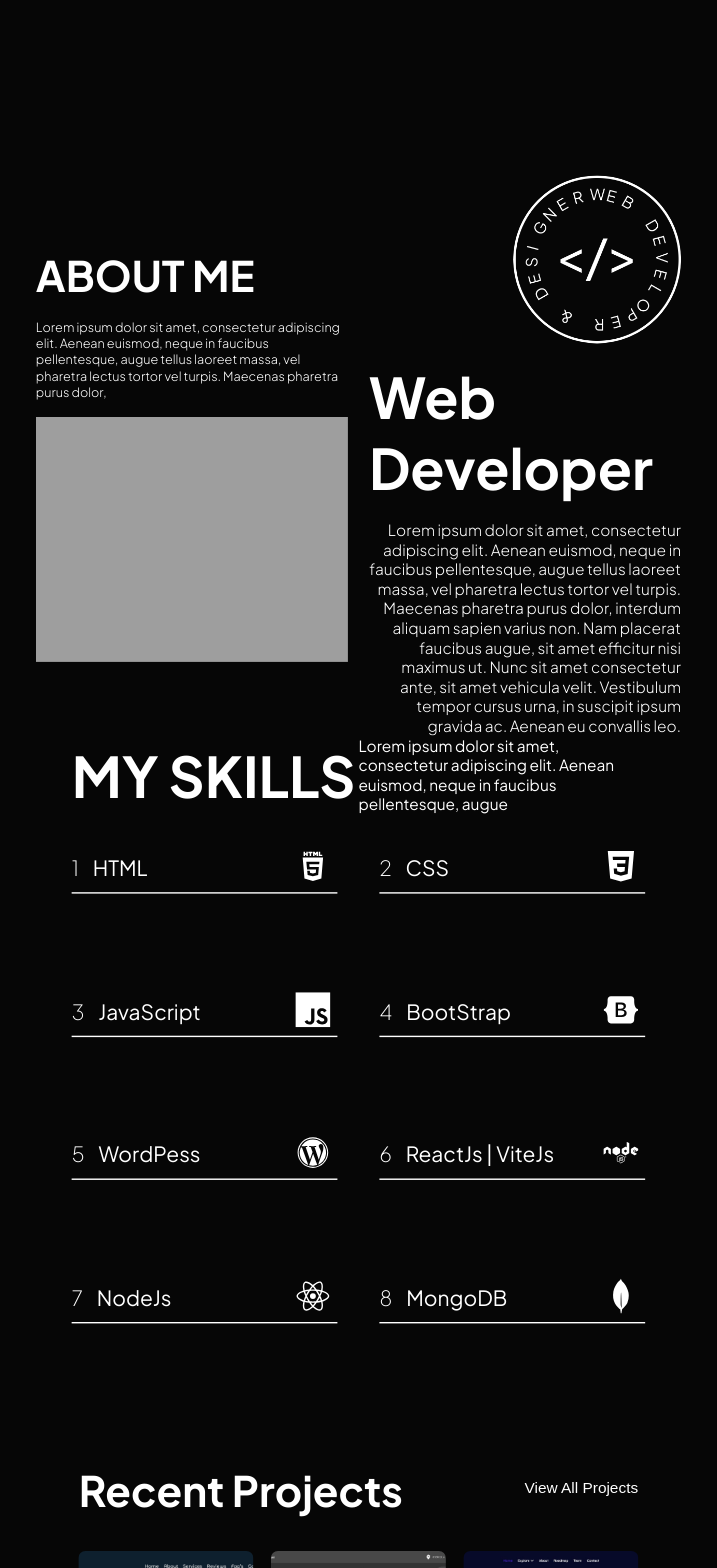
Repository: AliHassan02-Dev/PORTFOLIO
Page: / (app in Front-end/)
These files come from the project's save history. The page is drawn as it stood at one moment and after the next save; the edit follows.
The browser window is 1024 px wide. The pictures show the part of the page from y = 842 to 3082 px (the page is 3818 px tall before and 3788 px after), at 70% of full size.
Pictures or frames that could not be fetched are drawn as grey boxes. The project was rebuilt for these pictures with package versions that can differ from the ones it lists, and the page was loaded fresh each time. Also part of the build but not shown: Front-end/vite.config.js, Front-end/src/Pages/Projects.jsx, Front-end/src/Pages/AllProjects.jsx, Front-end/src/Components/ProjectPreview.jsx.

Above is the page before, as saved 2024-08-24 07:24:21.

### Front-end/src/main.jsx
import React from 'react'
import ReactDOM from 'react-dom/client'
import App from './App.jsx'
import './App.css'
import { BrowserRouter, Route, Routes } from 'react-router-dom'
import AllProjects from './Pages/AllProjects.jsx'
import ProjectPreview from './Components/ProjectPreview.jsx'

ReactDOM.createRoot(document.getElementById('root')).render(
  <>
    <BrowserRouter>
      <Routes>
        <Route path='/' element={<App />} />
        <Route path='/Projects' element={<AllProjects />} />
        <Route path='/projects/projectPreview' element={<ProjectPreview />} />
      </Routes>
    </BrowserRouter>
  </>
)

### Front-end/src/App.css
@import url("https://fonts.googleapis.com/css2?family=Plus+Jakarta+Sans:ital,wght@0,200..800;1,200..800&display=swap");
* {
  margin: 0;
  padding: 0;
  box-sizing: border-box;
}

body {
  width: 100%;
  height: 100%;
  background-color: #060606;
  color: white;
  font-family: "Plus Jakarta Sans", sans-serif;
}

.mainWrapper {
  width: 100%;
  height: 100%;
  position: relative;
  overflow: hidden;
}

/* HOME CONTAINER CSS */
.homeContainer {
  width: 100vw;
  height: 1000px;
  display: flex;
  flex-direction: column;
}

/* NAVBAR CSS */
/* MENU CSS */
.menu {
  width: 100%;
  height: 1000px;
  position: fixed;
  background-color: #060606;
  transform: translateY(-100%);
  z-index: 20;
  display: flex;
  justify-content: center;
  align-items: center;
  opacity: 0;
}

.menu .links {
  width: 100%;
  display: flex;
  justify-content: center;
  align-items: center;
  flex-direction: column;
  height: 100%;
  gap: 40px;
}

.menu .links a {
  color: white;
  font-size: 40px;
  font-weight: 400;
  text-decoration: none;
  position: relative;
  padding-bottom: 10px;
}
.menu .links a::before {
  content: "";
  position: absolute;
  width: 0%;
  height: 2px;
  background-color: white;
  bottom: 0;
  left: 50%;
  transform: translateX(-50%);
  transition: all 0.3s ease-out;
}
.menu .links a:hover::before {
  width: 100%;
}

.navBar {
  margin: 30px auto;
  width: 80%;
  display: flex;
  justify-content: space-between;
  align-items: center;
  padding: 0px 20px;
  position: relative;
  /* left: 50%;
  transform: translateX(-50%); */
  z-index: 25;
}

.navBar a {
  text-decoration: none;
  font-size: 25px;
  font-weight: 600;
  color: white;
}

.navBar .menuBtn,
.navBar .menuBtn-active {
  width: 30px;
  height: 30px;
  display: flex;
  justify-content: center;
  align-items: flex-end;
  flex-direction: column;
  overflow: hidden;
  cursor: pointer;
  transition: all 0.3s ease-in-out;
  opacity: 1 !important;
}
.navBar .menuBtn span,
.navBar .menuBtn-active span {
  width: 100%;
  height: 3px;
  background-color: white;
  border-radius: 20px;
  cursor: pointer;
  transition: all 0.3s ease-in-out;
  opacity: 1 !important;
}
.navBar .menuBtn #line1 {
  transform: translateY(-8px);
}
.navBar .menuBtn #line2 {
  width: 70%;
}
.navBar .menuBtn #line3 {
  width: 40%;
  transform: translateY(8px);
}
/* ACTIVE CLASSES */
.navBar .menuBtn-active {
  width: 30px;
  height: 30px;
  transition: all 0.3s ease-in-out;
}

.navBar .menuBtn-active #line1 {
  transform: translateY(5px) rotate(45deg) !important;
}
.navBar .menuBtn-active #line2 {
  width: 70%;
  transform: translateX(150%) !important;
}
.navBar .menuBtn-active #line3 {
  width: 100%;
  transform: translateY(-1px) rotate(-45deg) !important;
}

/* HERO SECTION CSS */
.homeContainer .heroContainer {
  width: 100%;
  height: 100%;
  display: flex;
  flex-direction: column;
  justify-content: center;
  align-items: center;
  position: relative;
}

.homeContainer .heroContainer h2 {
  font-size: 180px;
  font-weight: bold;
  position: absolute;
  text-wrap: nowrap;
}
.homeContainer .heroContainer .nonStroke {
  z-index: 5;
}
.homeContainer .heroContainer .strokeText1,
.homeContainer .heroContainer .strokeText2 {
  -webkit-text-stroke: 2px #fff;
  -webkit-text-fill-color: #060606;
  opacity: 0;
}
.homeContainer .heroContainer .strokeText1 {
  transform: translateY(0%);
}
.homeContainer .heroContainer .strokeText2 {
  transform: translateY(0%);
}

/* HERO SECTION RESPONSIVE CSS */

@media (max-width: 1200px) {
  .homeContainer .heroContainer h2 {
    font-size: 110px;
  }
}

@media (max-width: 967px) {
  .homeContainer .heroContainer h2 {
    font-size: 80px;
  }
}

@media (max-width: 767px) {
  .homeContainer .heroContainer h2 {
    font-size: 70px;
  }
}

@media (max-width: 567px) {
  .homeContainer .heroContainer h2 {
    font-size: 50px;
  }
}

/* HERO SECTION END */

/* ABOUT SECTION CSS */
.mainWrapper .aboutContainer {
  width: 80%;
  height: 1000px;
  display: flex;
  justify-content: center;
  align-items: center;
  margin: auto;
  gap: 30px;
}

.mainWrapper .aboutContainer .left,
.mainWrapper .aboutContainer .right {
  flex: 1;
  display: flex;
  flex-direction: column;
  gap: 25px;
  overflow: hidden;
}

.mainWrapper .aboutContainer .left h2 {
  color: white;
  font-size: 80px;
  font-weight: bold;
}

.mainWrapper .aboutContainer .left p {
  color: white;
  font-size: 22px;
  font-weight: 300;
}

.mainWrapper .aboutContainer .left .imageBox {
  width: 100%;
  height: 350px;
  background-image: url(./assets/2.jpg);
  background-position: center;
  background-repeat: no-repeat;
  background-size: cover;
  transform-origin: top;
}

.mainWrapper .aboutContainer .right {
  align-items: flex-end;
}

.mainWrapper .aboutContainer .right .circleImg {
  width: 300px;
  height: 300px;
  border-radius: 100%;
  background-image: url(./assets/circleText.png);
  background-position: center;
  background-repeat: no-repeat;
  background-size: cover;
}

.mainWrapper .aboutContainer .right h2 {
  color: white;
  font-size: 80px;
  font-weight: bold;
}

.mainWrapper .aboutContainer .right p {
  color: white;
  font-size: 22px;
  font-weight: 300;
  text-align: right;
}

/* ABOUT SECTION RESPONSIVE */

@media (max-width: 1200px) {
  .mainWrapper .aboutContainer {
    width: 90%;
    height: auto;
  }

  .mainWrapper .aboutContainer .left h2 {
    font-size: 60px;
  }

  .mainWrapper .aboutContainer .left p {
    font-size: 18px;
  }

  .mainWrapper .aboutContainer .left .imageBox {
    width: 100%;
    height: 350px;
    background-image: url(./assets/2.jpg);
    background-position: center;
    background-repeat: no-repeat;
    background-size: cover;
    transform-origin: top;
  }

  .mainWrapper .aboutContainer .right .circleImg {
    width: 240px;
    height: 240px;
    border-radius: 100%;
    background-image: url(./assets/circleText.png);
    background-position: center;
    background-repeat: no-repeat;
    background-size: cover;
  }

  .mainWrapper .aboutContainer .right h2 {
    color: white;
    font-size: 80px;
    font-weight: bold;
  }

  .mainWrapper .aboutContainer .right p {
    color: white;
    font-size: 22px;
    font-weight: 300;
    text-align: right;
  }
}

/* ABOUT SECTION CSS END */

/* SKILLS SECTION CSS */
.mainWrapper .skillsContainer {
  width: 80%;
  height: 1000px;
  display: flex;
  justify-content: center;
  flex-direction: column;
  margin: auto;
  gap: 30px;
  overflow: hidden;
}

.mainWrapper .skillsContainer .top {
  width: 100%;
  display: flex;
  justify-content: space-between;
  align-items: center;
}

.mainWrapper .skillsContainer .top .left,
.mainWrapper .skillsContainer .top .right {
  flex: 1;
}

.mainWrapper .skillsContainer .top .left h2 {
  font-size: 80px;
  font-weight: bold;
  color: white;
}
.mainWrapper .skillsContainer .top .right p {
  font-size: 22px;
}

.mainWrapper .skillsContainer .bottom {
  width: 100%;
  display: flex;
  justify-content: space-between;
  align-items: flex-start;
  margin: 20px 0px;
}

.mainWrapper .skillsContainer .bottom {
  width: 100%;
  height: 100%;
  display: grid;
  grid-template-columns: 1fr 1fr;
  grid-template-rows: auto auto auto auto;
  gap: 0px 60px;
}
.mainWrapper .skillsContainer .bottom .skillBar {
  width: 100%;
  display: flex;
  justify-content: space-between;
  align-items: center;
  padding-bottom: 10px;
  position: relative;
  cursor: pointer;
}
.mainWrapper .skillsContainer .bottom .skillBar .left {
  display: flex;
  align-items: center;
  gap: 20px;
}

.mainWrapper .skillsContainer .bottom .skillBar .left p {
  color: white;
  font-size: 30px;
  font-weight: 200;
}
.mainWrapper .skillsContainer .bottom .skillBar .left h2 {
  color: white;
  font-size: 30px;
  font-weight: 400;
}

.mainWrapper .skillsContainer .bottom .skillBar .right .skillLogo {
  font-size: 50px;
  color: white;
  margin-right: 10px;
}

/* PROJECTS SECTION CSS */
.mainWrapper .projectContainer {
  width: 80%;
  height: 1000px;
  display: flex;
  justify-content: center;
  flex-direction: column;
  margin: auto;
  gap: 30px;
}

.mainWrapper .projectContainer .top {
  width: 100%;
  display: flex;
  justify-content: space-between;
  align-items: center;
}

.mainWrapper .projectContainer .top .left,
.mainWrapper .projectContainer .top .right {
  flex: 1;
}

.mainWrapper .projectContainer .top .left h2 {
  font-size: 80px;
  font-weight: bold;
  color: white;
}
.mainWrapper .projectContainer .top .right p {
  font-size: 22px;
}

.mainWrapper .projectContainer .bottom {
  width: 100%;
  display: flex;
  margin-top: 50px;
}

.mainWrapper .projectContainer .bottom {
  display: flex;
  flex-direction: column;
  overflow: hidden;
  gap: 100px;
}

.mainWrapper .projectContainer .bottom .projectBar {
  display: flex;
  justify-content: space-between;
  align-items: center;
  padding-bottom: 5px;
  position: relative;
  cursor: pointer;
  cursor: pointer;
}
.line {
  width: 100%;
  height: 2px;
  background-color: white;
  position: absolute;
  bottom: 0;
  left: 0;
}
.projectLine {
  width: 100%;
  height: 2px;
  background-color: white;
  position: absolute;
  bottom: 0;
  left: 0;
}
.mainWrapper .projectContainer .bottom .projectBar .left {
  display: flex;
  align-items: center;
  gap: 20px;
}

.mainWrapper .projectContainer .bottom .projectBar .left p {
  color: white;
  font-size: 30px;
  font-weight: 200;
}
.mainWrapper .projectContainer .bottom .projectBar .left h2 {
  color: white;
  font-size: 30px;
  font-weight: 400;
}

.mainWrapper .projectContainer .bottom .projectBar .right .arrow {
  font-size: 30px;
  color: white;
  margin-right: 10px;
  transform: rotate(-40deg);
}

/* HORIZONTAL SCROLING CSS */

.aboutSection,
.skillsSection,
.projectSection {
  width: 100vw;
  height: 1000px;
}

.aboutSection {
  background-color: burlywood;
}

.skillsSection {
  background-color: peru;
}

.projectSection {
  background-color: palegoldenrod;
}

.horizontalScrolling {
  display: flex;
  flex-wrap: nowrap;
}

/* .containers {
  position: absolute;
  top: 0 !important;
  left: 50% !important;
  transform: translateX(100%) !important;
} */

/* RIBBONS SECTION CSS */
.mainWrapper .ribbonContainer {
  width: 100%;
  display: flex;
  align-items: center;
  margin: 50px 0px;
}

.mainWrapper .ribbonContainer p {
  color: white;
  font-size: 80px;
  font-weight: bold;
  text-wrap: nowrap;
}
.mainWrapper .ribbonContainer span {
  -webkit-text-stroke: 1px #fff;
  -webkit-text-fill-color: #060606;
}

/* FOOTER SECTION CSS */
.footer {
  width: 100%;
  display: flex;
  justify-content: space-between;
  align-items: center;
  width: 80%;
  margin: 40px auto;
}

.footer .left {
  display: flex;
  flex-direction: column;
  gap: 20px;
}

.footer .left .socialLinks {
  display: flex;
  align-items: center;
  gap: 20px;
}
.footer .left .socialLinks a {
  font-size: 20px;
  font-weight: 400;
  color: white;
  text-decoration: none;
}
.footer .left p {
  color: white;
  font-size: 18px;
  font-weight: 200;
}

.footer .right h2 {
  font-size: 40px;
  font-weight: 600;
  color: white;
  cursor: pointer;
}

/* ALL PROJECTS PAGE CSS */
.projectsContainer {
  width: 80%;
  height: 100%;
  margin: auto;
  padding: 40px 10px;
}

.projectsContainer .topBar {
  width: 100%;
  display: flex;
  justify-content: space-between;
  align-items: center;
}

.projectsContainer .topBar .left h2 {
  font-size: 60px;
  font-weight: bold;
  color: white;
}

.projectsContainer .topBar .right button {
  background: none;
  border: none;
  outline: none;
  position: relative;
  overflow: hidden;
}

.projectsContainer .topBar .right button a {
  color: white;
  font-size: 22px;
  font-weight: 400;
  text-decoration: none;
  position: relative;
  display: block;
  padding-bottom: 5px;
  transition: 0.3s transform linear;
}
.projectsContainer .topBar .right button a::before {
  content: "";
  position: absolute;
  width: 100%;
  height: 2px;
  background-color: white;
  bottom: 0%;
  transform: translateX(200%);
  display: block;
  transition: 0.3s transform linear;
}
.projectsContainer .topBar .right button:hover a::before {
  transform: translateX(0%);
  transition: 0.3s transform linear;
}

.projectsContainer .hdg {
  font-size: 60px;
  font-weight: bold;
  color: white;
}

.projectsContainer .projectsWrapper {
  width: 100%;
  height: 100%;
  display: grid;
  grid-template-columns: 1fr 1fr 1fr;
  gap: 25px;
  margin: 50px 0px;
}

.projectsContainer .projectsWrapper .projectBox {
  width: 100%;
  max-width: 520px;
  height: 520px;
  margin-bottom: 20px;
}

.projectsContainer .projectsWrapper .projectBox .thumbnail {
  width: 100%;
  height: 100%;
  position: relative;
  overflow: hidden;
}

.projectsContainer .projectsWrapper .projectBox .thumbnail img {
  width: 100%;
  height: 100%;
  object-fit: cover;
  border-radius: 10px;
}

.projectsContainer .projectsWrapper .projectBox .thumbnail .overlay {
  width: 100%;
  height: 100%;
  display: flex;
  justify-content: center;
  align-items: center;
  gap: 40px;
  background-color: rgba(0, 0, 0, 0.6);
  position: absolute;
  top: -100%;
  transition: all 0.3s ease-in-out;
  border-radius: 10px;
}
.projectsContainer .projectsWrapper .projectBox .thumbnail:hover .overlay {
  top: 0;
}

.projectsContainer .projectsWrapper .projectBox .thumbnail .overlay .iconBox {
  display: flex;
  justify-content: center;
  align-items: center;
  padding: 15px;
  border-radius: 100%;
  cursor: pointer;
  transition: all 0.3s ease-in-out;
}
.projectsContainer
  .projectsWrapper
  .projectBox
  .thumbnail
  .overlay
  .iconBox:hover {
  background-color: rgba(255, 255, 255, 0.25);
  backdrop-filter: blur(20px);
}

.projectsContainer .projectsWrapper .projectBox .thumbnail .overlay .linkIcon {
  font-size: 25px;
  color: white;
}

/* PROJECT DETAILS CSS */
.projectDetails {
  width: 80%;
  height: 100%;
  display: flex;
  justify-content: space-between;
  margin: 40px auto;
  gap: 40px;
}

.projectDetails .left {
  flex: 2;
}

.projectDetails .left img {
  width: 100%;
}

.projectDetails .right {
  flex: 1;
  display: flex;
  flex-direction: column;
  gap: 40px;
  margin: 20px 0px;
}

.projectDetails .right .projectContent {
  width: 100%;
  padding: 20px;
  display: flex;
  flex-direction: column;
  gap: 20px;
  border-bottom: 1px solid rgba(255, 255, 255, 0.45);
}

.projectDetails .right .projectContent h2 {
  color: white;
  font-size: 25px;
  font-weight: 600;
}

.projectDetails .right .projectContent p {
  color: white;
  font-size: 20px;
  font-weight: 400;
}

.projectDetails .right .projectTechnology {
  border-bottom: 1px solid rgba(255, 255, 255, 0.45);
  width: 100%;
  padding: 20px;
  display: flex;
  justify-content: center;
  flex-direction: column;
  gap: 20px;
}

.projectDetails .right .projectTechnology h2 {
  color: white;
  font-size: 24px;
  font-weight: 600;
}

.projectDetails .right .projectTechnology .icons {
  display: flex;
  align-items: center;
  gap: 40px;
  flex-wrap: wrap;
}

.projectDetails .right .projectTechnology .techName {
  color: white;
  font-size: 60px;
  cursor: pointer;
  padding: 8px;
  transition: 0.3s ease-in-out;
}

.techName {
  color: white;
  font-size: 40px;
  cursor: pointer;
  padding: 8px;
  transition: 0.3s ease-in-out;
}

/* SKILL LOGOS COLOR */
.projectDetails .right .projectTechnology .techName:hover.html {
  background-color: #f16529;
  padding: 8px;
  border-radius: 5px;
}
.projectDetails .right .projectTechnology .techName:hover.css {
  background-color: #264de4;
  padding: 8px;
  border-radius: 5px;
}
.projectDetails .right .projectTechnology .techName:hover.js {
  color: #f7e018 !important;
  padding: 8px;
}
.projectDetails .right .projectTechnology .techName:hover.react {
  background-color: #61dbfb;
  padding: 8px;
  border-radius: 5px;
}
.projectDetails .right .projectTechnology .techName:hover.wordpress {
  background-color: #21759b;
  padding: 8px;
  border-radius: 5px;
}
.projectDetails .right .projectTechnology .techName:hover.node,
.projectDetails .right .projectTechnology .techName:hover.mongodb {
  background-color: #539e43;
  padding: 8px;
  border-radius: 5px;
}
.projectDetails .right .projectTechnology .techName:hover.vite {
  background: linear-gradient(
    90deg,
    rgba(88, 194, 254, 1) 0%,
    rgba(175, 83, 255, 1) 100%
  );
  padding: 8px;
  border-radius: 5px;
}

.techName:hover.figma {
  background: linear-gradient(
    180deg,
    rgba(242, 78, 30, 1) 0%,
    rgba(255, 114, 98, 1) 25%,
    rgba(162, 89, 255, 1) 50%,
    rgba(26, 188, 254, 1) 75%,
    rgba(10, 207, 131, 1) 100%
  );
  padding: 8px;
  border-radius: 5px;
}
.techName:hover.website {
  background: gray;
  padding: 8px;
  border-radius: 5px;
}

.projectDetails .right .links {
  border-bottom: 1px solid rgba(255, 255, 255, 0.45);
  width: 100%;
  padding: 20px;
  display: flex;
  flex-direction: column;
  justify-content: center;
  gap: 20px;
}

.projectDetails .right .links h2 {
  color: white;
  font-size: 24px;
  font-weight: 600;
}

.projectDetails .right .links .icons {
  display: flex;
  align-items: center;
  flex-direction: row;
  gap: 20px;
}

.projectDetails .right .links .linkIcon {
  color: white;
  font-size: 50px;
  padding: 10px;
  border-radius: 100%;
  cursor: pointer;
  transition: 0.3s ease-in-out;
}
.projectDetails .right .links .linkIcon:hover {
  background-color: rgba(255, 255, 255, 0.25);
  backdrop-filter: blur(20px);
}

### Front-end/src/Pages/Home.jsx
import React from 'react'
import { useGSAP } from '@gsap/react';
import gsap from 'gsap';
import { ScrollTrigger } from 'gsap/ScrollTrigger';
import Navbar from '../Components/Navbar';
gsap.registerPlugin(ScrollTrigger);

const Home = () => {

    // useGSAP(() => {
    //     // HOME SECTION ANIMATIONS

    //     let tlHome = gsap.timeline({
    //         scrollTrigger: {
    //             trigger: '.homeContainer',
    //             scoller: 'body',
    //             markers: true,
    //             start: 'top 0%',
    //             end: 'top -100%',
    //             scrub: 1,
    //             pin: true,
    //         }
    //     })

    //     tlHome.from('.homeContainer .heroContainer .nonStroke', {
    //         opacity: 0,
    //         duration: 1,
    //     })
    //     tlHome.to('.homeContainer .heroContainer .strokeText1', {
    //         transform: 'translateY(-80%)',
    //         opacity: 1,
    //         duration: 1,
    //     })
    //     tlHome.to('.homeContainer .heroContainer .strokeText2', {
    //         transform: 'translateY(80%)',
    //         opacity: 1,
    //         duration: 1,
    //     })
    // })

    return (
        <div className='homeContainer'>
            {/* <Navbar /> */}
            <div className="heroContainer">
                <h2 className='strokeText1'>WEB DEVELOPER</h2>
                <h2 className='nonStroke'>ALI HASSAN</h2>
                <h2 className='strokeText2'>WEB DESIGNER</h2>
            </div>
        </div>
    )
}

export default Home

### Front-end/src/Components/Footer.jsx
import React from "react";

const Footer = () => {
  return (
    <div className="footer">
      <div className="left">
        <p>All Rights Reserved By AHS 2024</p>
      </div>
      <div className="right">
        <h2>LET'S TALK</h2>
      </div>
    </div>
  );
};

export default Footer;

### Front-end/src/Components/Navbar.jsx
import React, { useEffect, useState } from 'react'
import { useGSAP } from '@gsap/react';
import gsap from 'gsap';
import { ScrollTrigger } from 'gsap/ScrollTrigger';
gsap.registerPlugin(ScrollTrigger)

const Navbar = ({ setClickedOnOpen, clickedOnOpen }) => {

    const handleClick = () => {
        setClickedOnOpen(!clickedOnOpen)
    }
    // useGSAP(() => {
    //     gsap.from('.navBar a', {
    //         transform: 'translateY(-10px)',
    //         opacity: 0,
    //         duration: 0.5,
    //         delay: 0.5
    //     })
    //     gsap.from('.navBar .menuBtn, .navBar .menuBtn-active', {
    //         transform: 'translateY(-10px)',
    //         opacity: 0,
    //         duration: 0.5,
    //         delay: 0.8
    //     })
    //     gsap.from('.navBar .menuBtn span, .navBar .menuBtn-active span', {
    //         transform: 'translateX(200px)',
    //         opacity: 0,
    //         duration: 0.5,
    //         delay: 1,
    //         stagger: 0.3
    //     })
    // })
    return (
        <div className='navBar'>
            {/* <div className="left"> */}
            <a href="">PORTFOLIO</a>
            {/* </div> */}
            {/* <div className="right"> */}
            <div className={`${clickedOnOpen ? 'menuBtn-active' : 'menuBtn'}`} onClick={handleClick}>
                <span id='line1'></span>
                <span id='line2'></span>
                <span id='line3'></span>
                {/* </div> */}
            </div>
        </div>
    )
}

export default Navbar

### Front-end/src/Components/ProjectsBox.jsx
import React from "react";
import { GoLink } from "react-icons/go";
import { FaArrowUpRightFromSquare } from "react-icons/fa6";
import { projectsData } from "../data";
import { Link, useNavigate } from "react-router-dom";

const ProjectsBox = () => {
  const navigate = useNavigate();

  return (
    <div className="projectsWrapper">
      {projectsData?.map((projects) => {
        return (
          <div className="projectBox">
            <div className="thumbnail">
              <img src={projects?.thumbnail} alt="" />
              <div className="overlay">
                <div className="iconBox">
                  <Link target={"_blank"} to={projects?.websiteLink}>
                    <GoLink className="linkIcon" />
                  </Link>
                </div>
                <div
                  className="iconBox"
                  onClick={() =>
                    navigate("/projects/projectPreview", { state: projects })
                  }
                >
                  <FaArrowUpRightFromSquare className="linkIcon" />
                </div>
              </div>
            </div>
          </div>
        );
      })}
    </div>
  );
};
export default ProjectsBox;

Loaded but not shown: Front-end/index.html (common file); Front-end/src/data.js (59 lines, source omitted); Front-end/src/Pages/Skills.jsx (169 lines, source omitted); Front-end/src/Pages/About.jsx (80 lines, source omitted); Front-end/src/App.jsx (87 lines, source omitted)

After the next save:
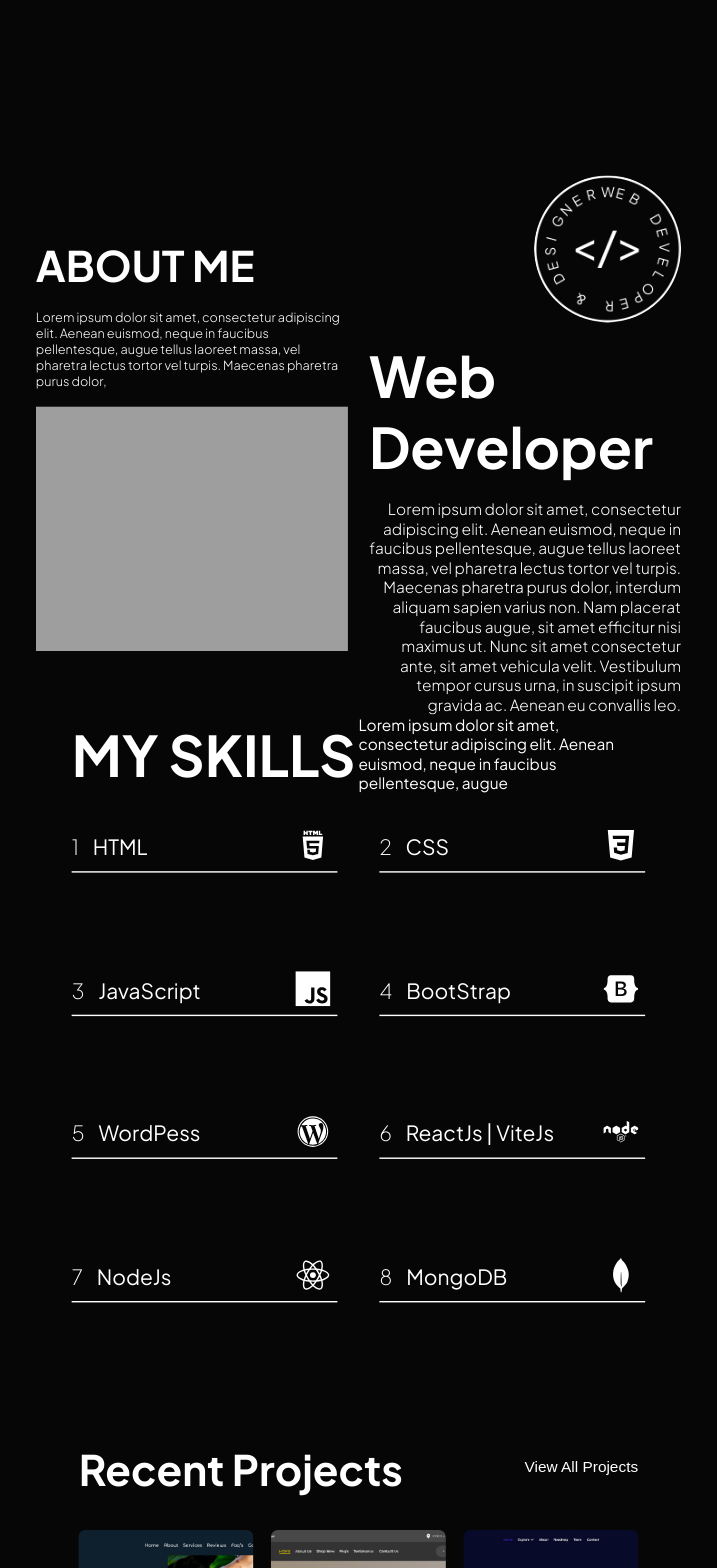
Saved 15 s later.
--- a/Front-end/src/App.css
+++ b/Front-end/src/App.css
@@ -305,8 +305,8 @@ body {
   }
 
   .mainWrapper .aboutContainer .right .circleImg {
-    width: 240px;
-    height: 240px;
+    width: 210px;
+    height: 210px;
     border-radius: 100%;
     background-image: url(./assets/circleText.png);
     background-position: center;
